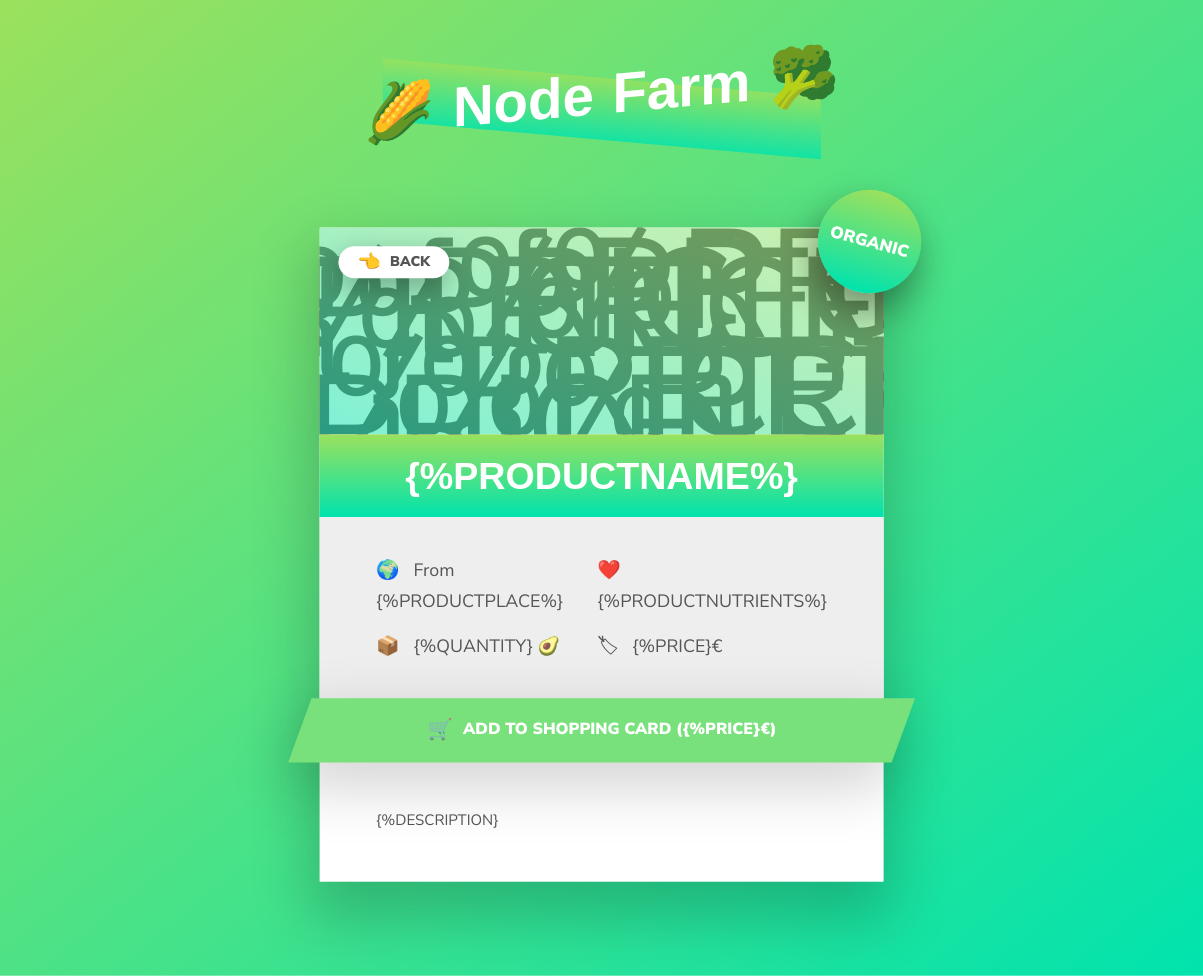
Repository: 13-Joban/Node_Farm_Backend
Page: templates/product.html
An editor plug-in stored every save of this project. The page is shown before and after the next save, followed by the edit.
The browser window is 1280 px wide. The pictures show the whole page, at 94% of full size.
Some web fonts or font styles are not loaded; a fallback is used.

Above is the page before, as saved 2022-07-16 17:31:44.

After the next save:
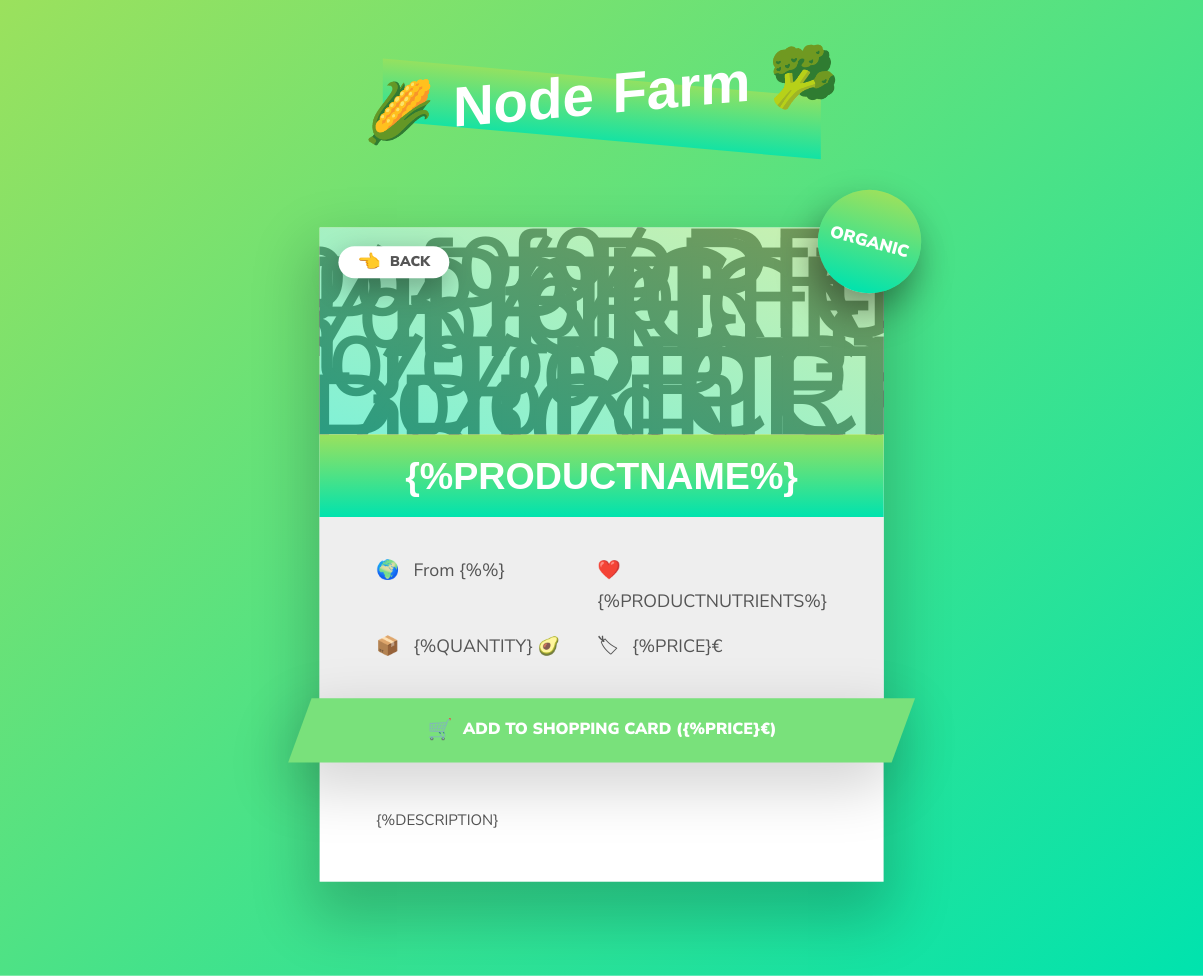
Saved 15 s later.
--- a/templates/product.html
+++ b/templates/product.html
@@ -288,7 +288,7 @@
         </div>
         <h2 class="product__name">{%PRODUCTNAME%}</h2>
         <div class="product__details">
-          <p><span class="emoji-left">🌍</span> From {%PRODUCTPLACE%}</p>
+          <p><span class="emoji-left">🌍</span> From {%%}</p>
           <p><span class="emoji-left">❤️</span> {%PRODUCTNUTRIENTS%}</p>
           <p><span class="emoji-left">📦</span> {%QUANTITY} 🥑</p>
           <p><span class="emoji-left">🏷</span> {%PRICE}€</p>
